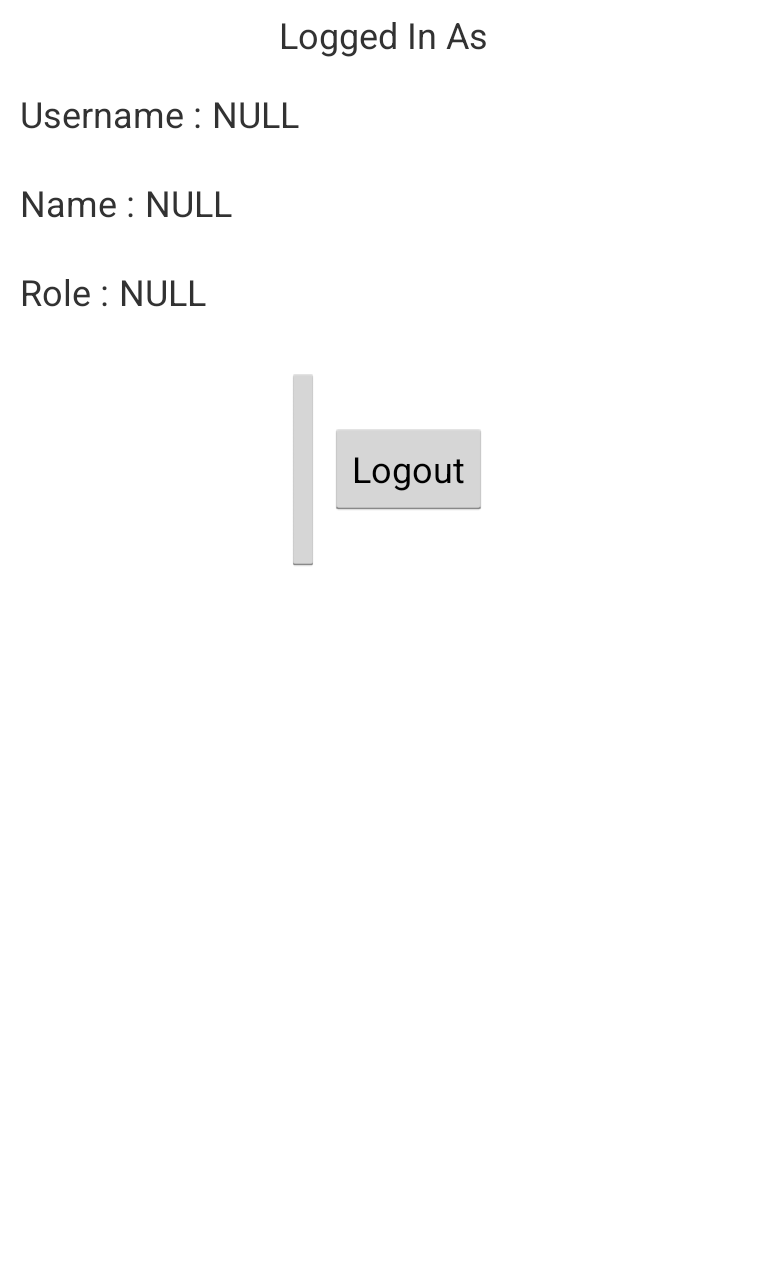
Repository: LennoxAlexion/UID
Layout: Android App/Uid-Project/res/layout/activity_sec_page.xml
The author's editor kept a copy of each file at every save. The layout is drawn from the files as they stood at one save, then again after the next save.
It is drawn on a 768 x 1280 px phone screen (xhdpi) without system bars, with theme AppTheme; the app's code is not run.

Above is the layout before, as saved 2015-03-29 06:20:00.

### Android App/Uid-Project/res/layout/activity_sec_page.xml
<?xml version="1.0" encoding="utf-8"?>
<LinearLayout xmlns:android="http://schemas.android.com/apk/res/android"
    android:layout_width="match_parent"
    android:layout_height="match_parent"
    android:orientation="vertical" >

    <TextView
        android:layout_width="wrap_content"
        android:layout_height="wrap_content"
        android:layout_gravity="center_horizontal"
        android:layout_margin="5dp"
        android:gravity="center"
        android:text="Logged In As"
        android:textSize="18dp" />

    <LinearLayout
        android:layout_width="fill_parent"
        android:layout_height="wrap_content"
        android:layout_margin="5dp"
        android:orientation="horizontal"
        android:padding="5dp" >

        <TextView
            android:layout_width="wrap_content"
            android:layout_height="wrap_content"
            android:text="Username :"
            android:textSize="18dp" />

        <TextView
            android:id="@+id/TextView_Username"
            android:layout_width="wrap_content"
            android:layout_height="wrap_content"
            android:layout_marginLeft="5dp"
            android:text="NULL"
            android:textSize="18dp" />
    </LinearLayout>

    <LinearLayout
        android:layout_width="fill_parent"
        android:layout_height="wrap_content"
        android:layout_margin="5dp"
        android:orientation="horizontal"
        android:padding="5dp" >

        <TextView
            android:layout_width="wrap_content"
            android:layout_height="wrap_content"
            android:text="Name :"
            android:textSize="18dp" />

        <TextView
            android:id="@+id/TextView_Name"
            android:layout_width="wrap_content"
            android:layout_height="wrap_content"
            android:layout_marginLeft="5dp"
            android:text="NULL"
            android:textSize="18dp" />
    </LinearLayout>

    <LinearLayout
        android:layout_width="fill_parent"
        android:layout_height="wrap_content"
        android:layout_margin="5dp"
        android:orientation="horizontal"
        android:padding="5dp" >

        <TextView
            android:layout_width="wrap_content"
            android:layout_height="wrap_content"
            android:text="Role :"
            android:textSize="18dp" />

        <TextView
            android:id="@+id/TextView_Role"
            android:layout_width="wrap_content"
            android:layout_height="wrap_content"
            android:layout_marginLeft="5dp"
            android:text="NULL"
            android:textSize="18dp" />
    </LinearLayout>

    <LinearLayout
        android:layout_width="fill_parent"
        android:layout_height="wrap_content"
        android:layout_margin="5dp"
        android:orientation="horizontal"
        android:padding="5dp"
        android:layout_gravity="center_horizontal"
        android:gravity="center">
    <Button
        android:id="@+id/Button_Sec_Page_Scan"
        android:layout_width="15dp"
        android:layout_height="wrap_content"
        android:text="Scan"
        android:layout_margin="5dp"/>

    <Button
        android:id="@+id/Button_Logout"
        android:layout_width="wrap_content"
        android:layout_height="wrap_content"
        android:text="Logout" />
    </LinearLayout>

</LinearLayout>

Loaded but not shown: Android App/Uid-Project/res/values/styles.xml (common file); Android App/Uid-Project/res/values-v11/styles.xml (common file); Android App/Uid-Project/res/values-v14/styles.xml (common file); Android App/Uid-Project/res/values-v21/styles.xml (common file)

After the next save:
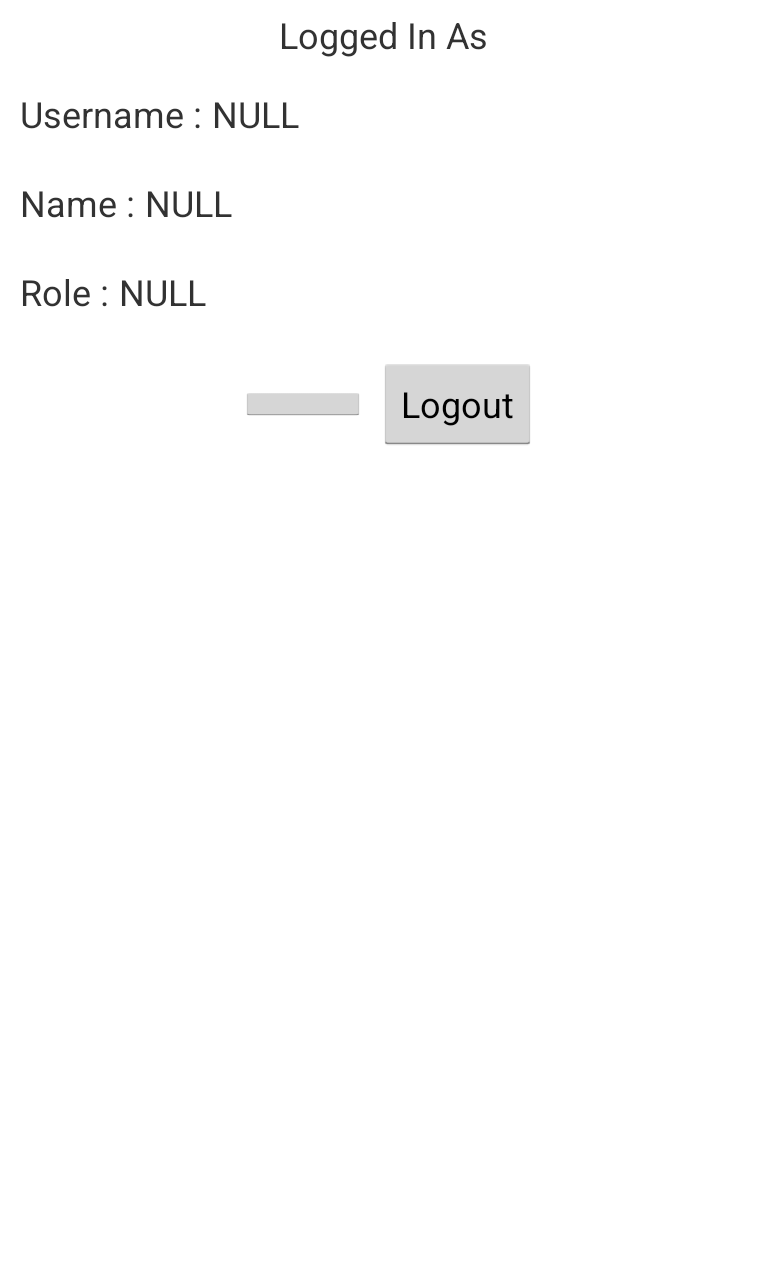
Saved 7 s later.
--- a/Android App/Uid-Project/res/layout/activity_sec_page.xml
+++ b/Android App/Uid-Project/res/layout/activity_sec_page.xml
@@ -89,8 +89,8 @@
         android:gravity="center">
     <Button
         android:id="@+id/Button_Sec_Page_Scan"
-        android:layout_width="15dp"
-        android:layout_height="wrap_content"
+        android:layout_width="wrap_content"
+        android:layout_height="15dp"
         android:text="Scan"
         android:layout_margin="5dp"/>
 
